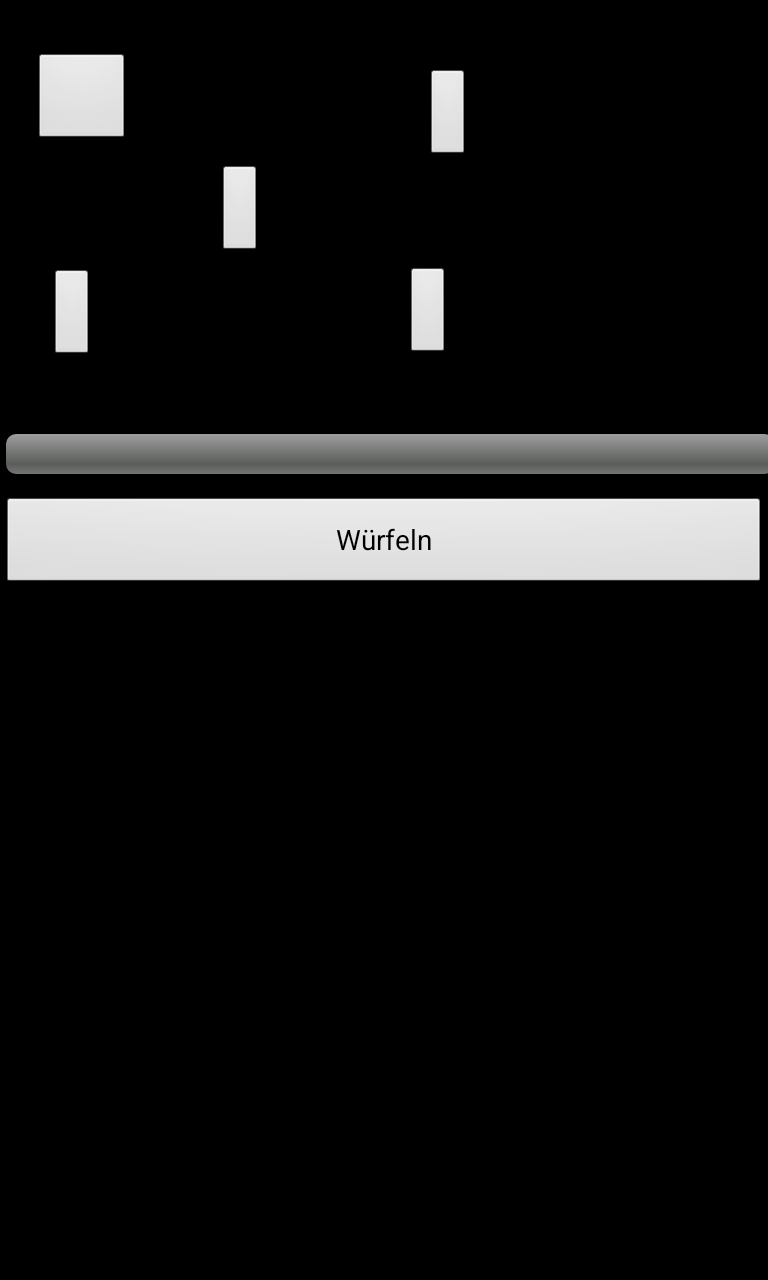
Repository: Lemkerene/App
Layout: kniffel/res/layout/wurfel.xml
An editor plug-in stored every save of this project. The layout is shown before and after the next save, followed by the edit.
It is drawn on a 768 x 1280 px phone screen (xhdpi) without system bars, with theme android:Theme; the app's code is not run.

Above is the layout before, as saved 2012-08-05 11:18:21.

After the next save:
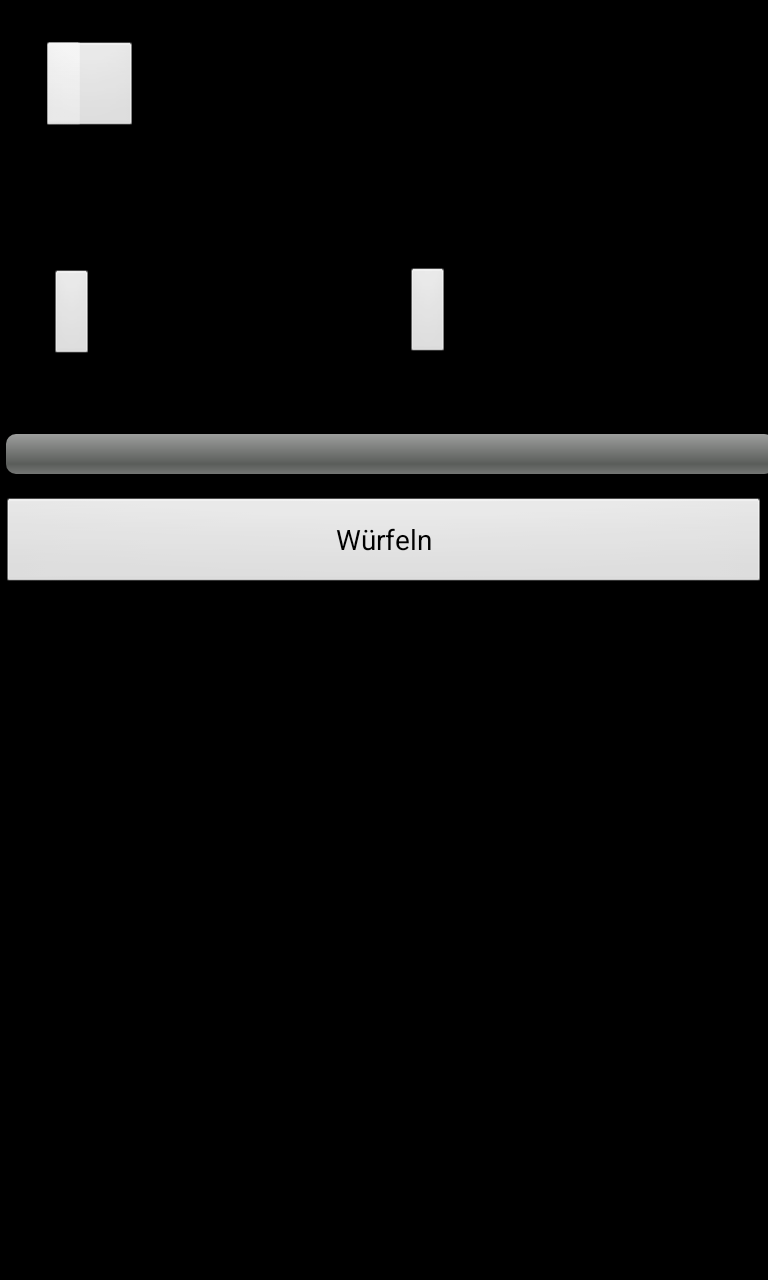
Saved 54 s later.
--- a/kniffel/res/layout/wurfel.xml
+++ b/kniffel/res/layout/wurfel.xml
@@ -37,8 +37,9 @@
         android:id="@+id/wu3"
         android:layout_width="wrap_content"
         android:layout_height="wrap_content"
-        android:layout_x="108dp"
-        android:layout_y="82dp"
+		android:layout_x="20dp"
+        android:layout_y="20dp" />
+
         android:onClick="OnClickSperr"/>
 
 
@@ -46,8 +47,9 @@
         android:id="@+id/wu2"
         android:layout_width="wrap_content"
         android:layout_height="wrap_content"
-        android:layout_x="212dp"
-        android:layout_y="34dp"
+android:layout_x="20dp"
+        android:layout_y="20dp" />
+
         android:onClick="OnClickSperr"/>
 
 
@@ -56,8 +58,8 @@
         android:layout_width="50dp"
         android:layout_height="wrap_content"
         android:onClick="OnClickSperr"
-        android:layout_x="16dp"
-        android:layout_y="26dp" />
+        android:layout_x="20dp"
+        android:layout_y="20dp" />
 
 
     <Button
